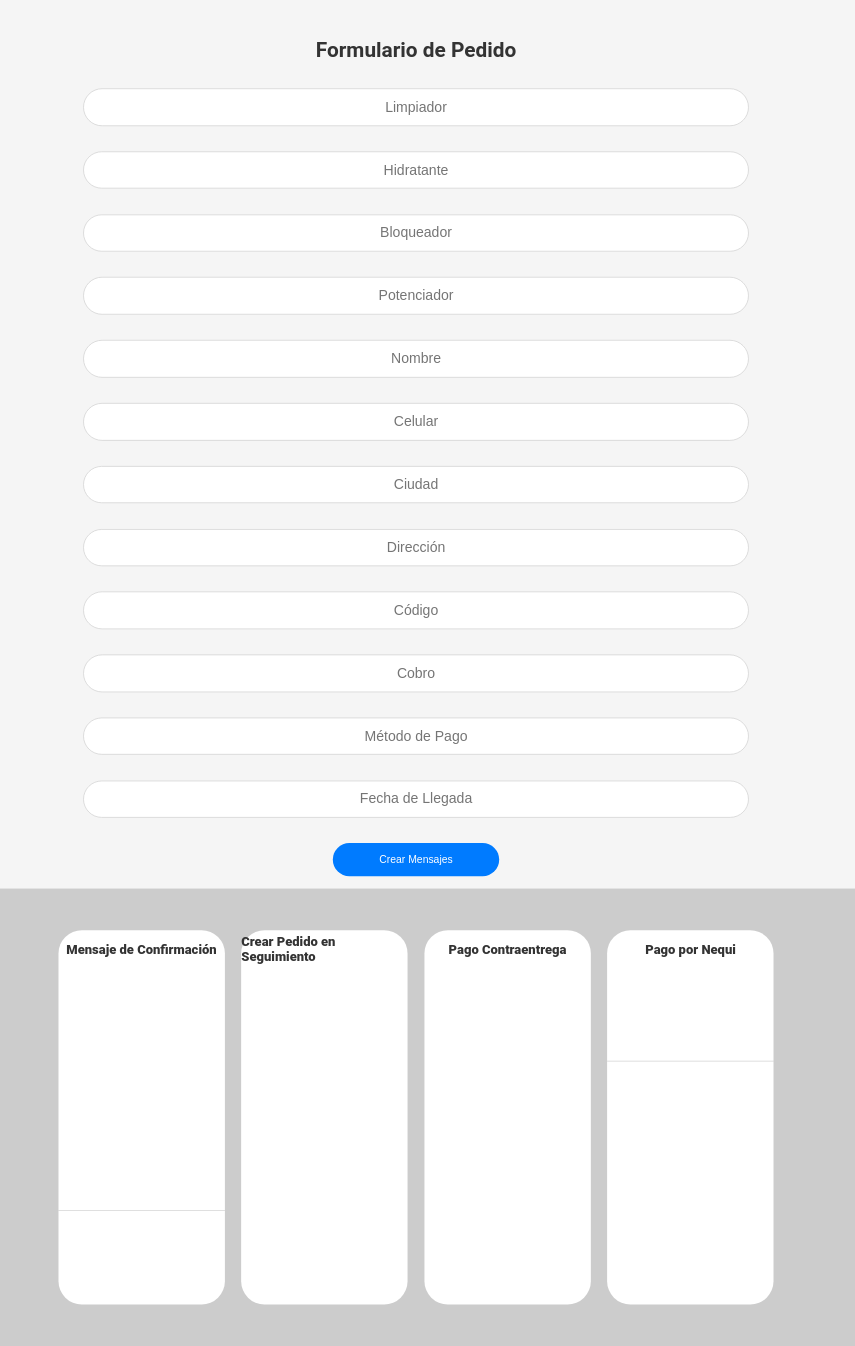
Repository: aCoupon0/intranet
Page: 1/venta-1.html
An editor plug-in stored every save of this project. The page is shown before and after the next save, followed by the edit.
The browser window is 1280 px wide. The page is 1316 px wide, so the pictures cover 1316 px, including what lies to the right of the window. The pictures show the whole page, at 65% of full size.

Above is the page before, as saved 2024-12-09 14:51:00.

After the next save:
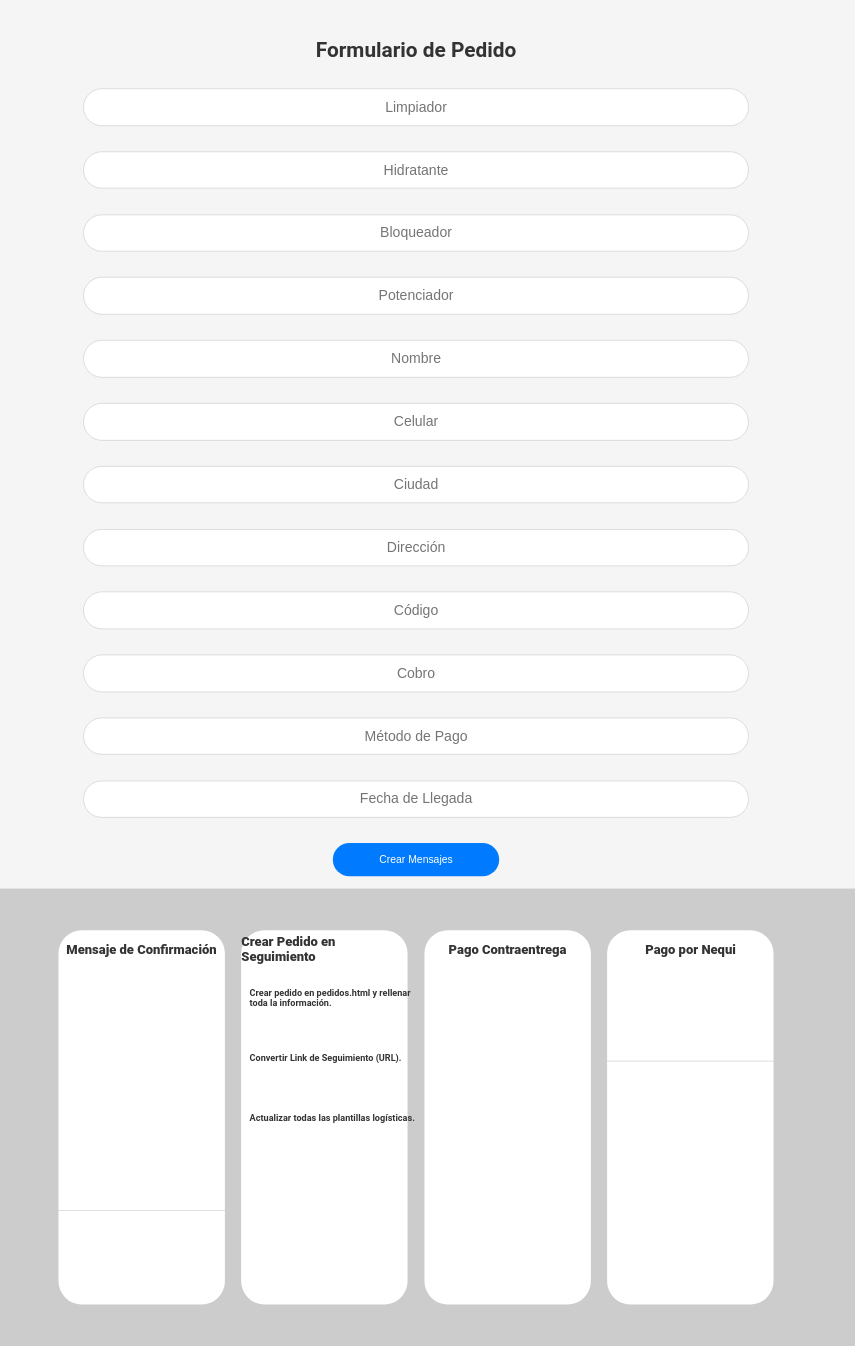
Saved 4 min 4 s later.
--- a/1/venta-1.html
+++ b/1/venta-1.html
@@ -40,7 +40,9 @@
         </div>
         <div class="section-dual">
             <div class="section-dual-title">Crear Pedido en Seguimiento</div>
-            <div class="section-dual-instruction"></div>
+            <div class="section-dual-instruction">Crear pedido en pedidos.html y rellenar toda la información.</div>
+            <div class="section-dual-instruction">Convertir Link de Seguimiento (URL).</div>
+            <div class="section-dual-instruction">Actualizar todas las plantillas logísticas.</div>
         </div>
         <div class="section-dual">
             <div class="section-dual-title">Pago Contraentrega</div>
